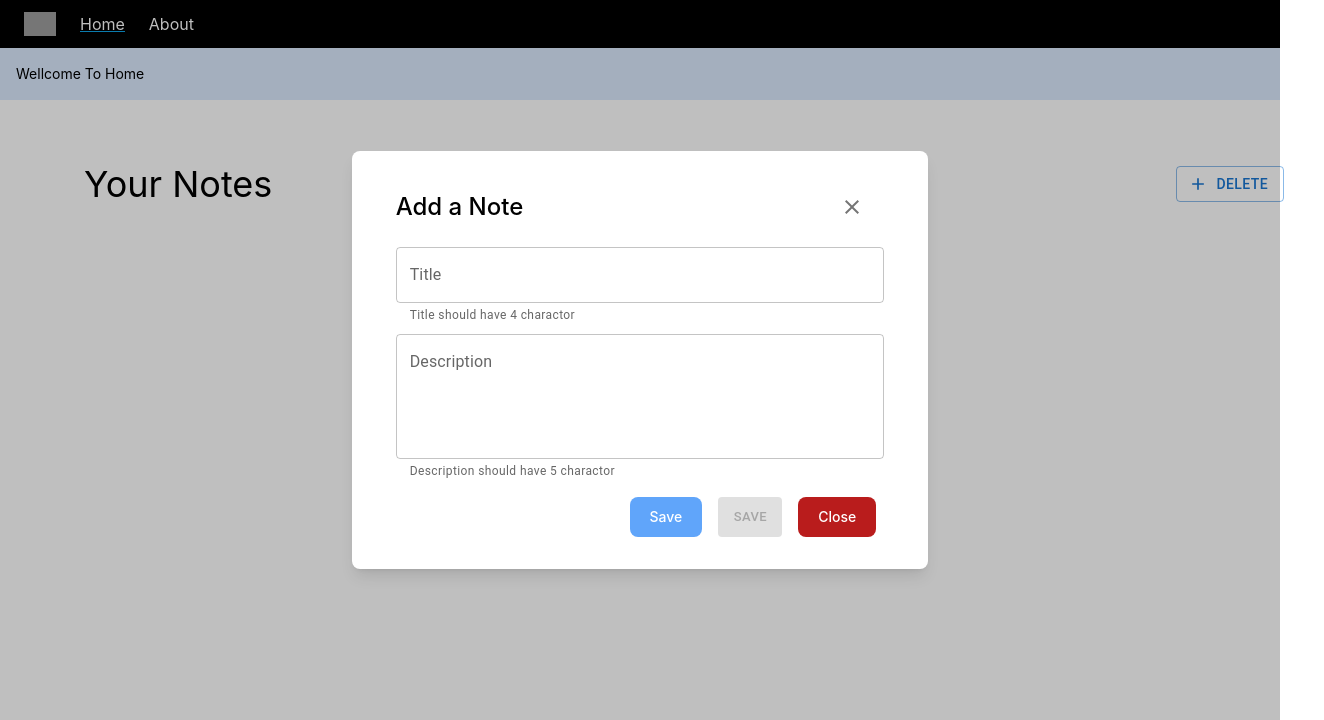
Repository: sonawaneteju4/iNote
Page: /, after clicking the first element matching `button.MuiButtonBase-root`
These files come from the project's save history. The page is drawn as it stood at one moment and after the next save; the edit follows.
The browser window is 1280 px wide. The page is 1324 px wide, so the pictures cover 1324 px, including what lies to the right of the window. The pictures show the whole page.
Pictures or frames that could not be fetched are drawn as grey boxes. The page's requests for data from a server got no answer. Some web libraries are served in a nearby version. The project was rebuilt for these pictures with package versions that can differ from the ones it lists, and the page was loaded fresh each time. No one was signed in, and anything a server would have sent is missing. Also part of the build but not shown: src/App.css, src/components/NoteCard.js, src/components/About.js.

Above is the page before, as saved 2022-10-12 00:59:09.

After the next save:
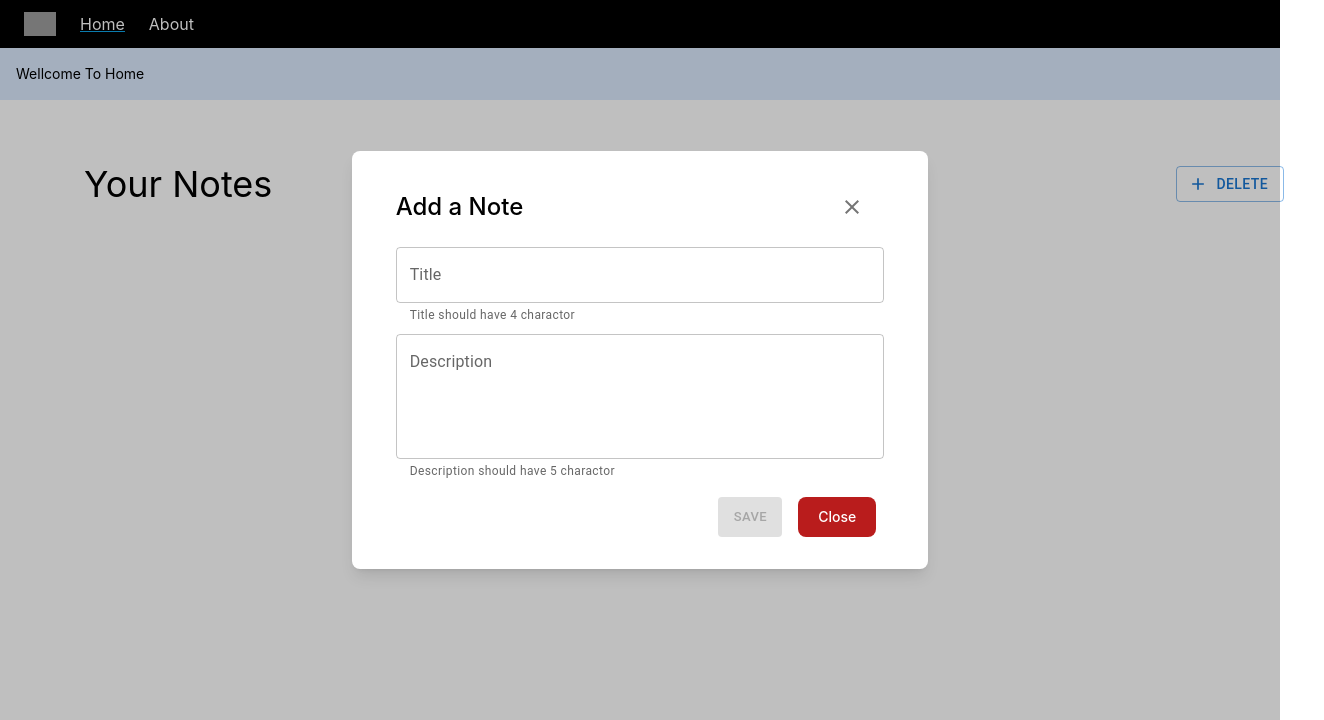
Saved 18 s later.
--- a/src/components/NoteModal.js
+++ b/src/components/NoteModal.js
@@ -89,16 +89,7 @@ const AddNote = ({ closeModal, noteForUpdate, forUpdate }) => {
                         helperText="Description should have 5 charactor"
                       />
                       <div className="flex justify-end">
-                        <button
-                          onClick={handleClick}
-                          type="submit"
-                          disabled={
-                            note.title.length < 4 || note.description.length < 5
-                          }
-                          className="text-white bg-blue-700 hover:bg-blue-800 focus:ring-4 focus:outline-none focus:ring-blue-300 font-medium rounded-lg text-sm w-full sm:w-auto px-5 py-2.5 mx-2 text-center dark:bg-blue-600 dark:hover:bg-blue-700 dark:focus:ring-blue-800 disabled:bg-blue-400"
-                        >
-                          {forUpdate ? "Update" : "Save"}
-                        </button>
+
                         <Button variant="contained" size="small" onClick={handleClick}
                           type="submit"
                           disabled={
